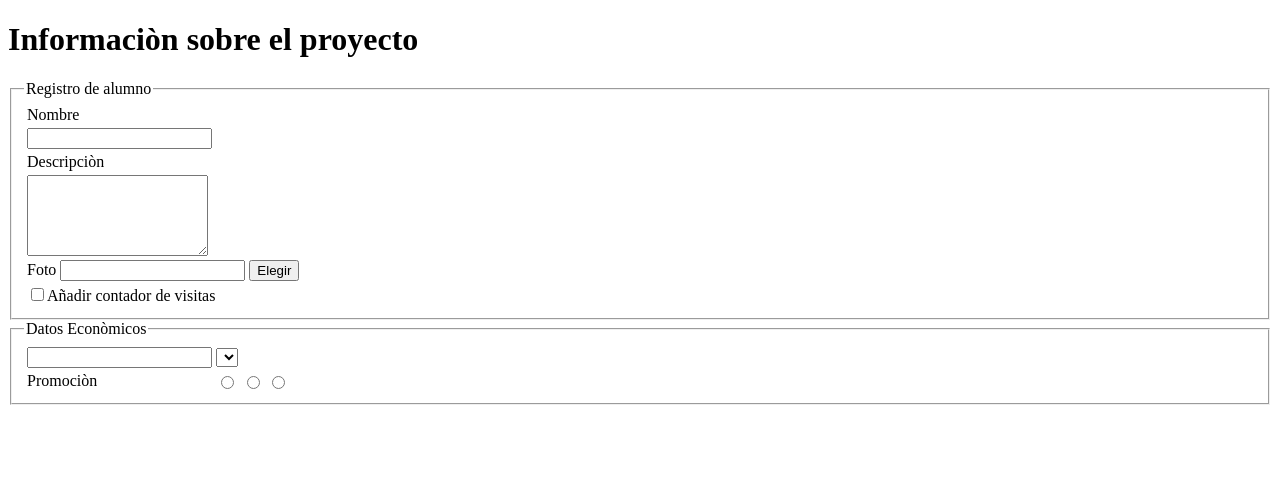
Repository: hoscanoa/Clases-LPII
Page: LPIISemana01/LPII-Semana01/WebContent/inicio.html
An editor plug-in stored every save of this project. The page is shown before and after the next save, followed by the edit.
The browser window is 1280 px wide. The pictures show the whole page.

Above is the page before, as saved 2014-09-18 22:13:05.

### LPIISemana01/LPII-Semana01/WebContent/inicio.html
<!DOCTYPE html PUBLIC "-//W3C//DTD HTML 4.01 Transitional//EN" "http://www.w3.org/TR/html4/loose.dtd">
<html>
<head>
<meta http-equiv="Content-Type" content="text/html; charset=ISO-8859-1">
<title>Insert title here</title>
</head>
<body>
	<h1>Informaciòn sobre el proyecto</h1>
	<form action="">
		<fieldset>
			<legend>Registro de alumno</legend>
			<table>
				<tr>
					<td>Nombre</td>
				</tr>
				<tr>
					<td colspan="2"><input type="text" name="nombre">
					</td>
				</tr>
				<tr>
					<td>Descripciòn</td>
				</tr>
				<tr>
					<td colspan="2"><textarea rows="5"></textarea></td>
				</tr>

				<tr>
					<td>Foto <input type="text" name="descripcion"> <input
						type="button" value="Elegir">
					</td>
				</tr>
				<tr>
					<td><input type="checkbox">Añadir contador de visitas
					</td>
				</tr>
			</table>
		</fieldset>
		<fieldset>
			<legend>Datos Econòmicos</legend>
			<table>
				<tr>
					<td><input type="text" name="precio">
					</td>
					<td><select name="impuestos">
					</td>
				</tr>
				<tr>
					<td>Promociòn</td>
					<td><input type="radio" value="Ninguno"></td>
					<td><input type="radio" value="Transporte Gratuito"></td>
					<td><input type="radio" value="Descuento 5%"></td>
				</tr>
			</table>
		</fieldset>
	</form>

</body>
</html>

After the next save:
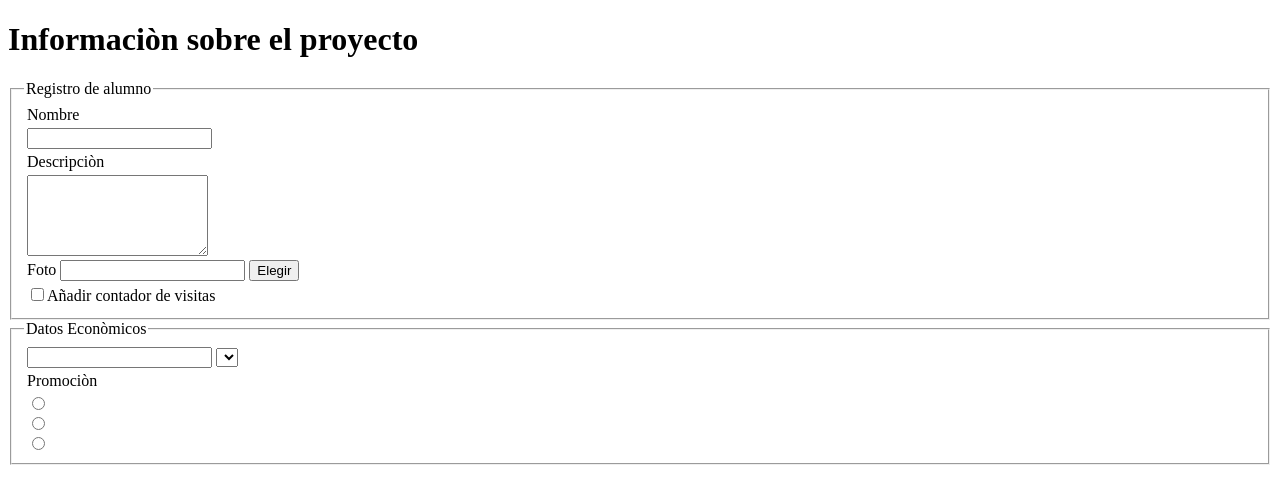
Saved 21 s later.
--- a/LPIISemana01/LPII-Semana01/WebContent/inicio.html
+++ b/LPIISemana01/LPII-Semana01/WebContent/inicio.html
@@ -14,20 +14,19 @@
 					<td>Nombre</td>
 				</tr>
 				<tr>
-					<td colspan="2"><input type="text" name="nombre">
-					</td>
+					<td colspan="2"><input type="text" name="nombre"></td>
 				</tr>
 				<tr>
 					<td>Descripciòn</td>
 				</tr>
 				<tr>
-					<td colspan="2"><textarea rows="5"></textarea></td>
+					<td colspan="2"><textarea rows="5"></textarea>
+					</td>
 				</tr>
 
 				<tr>
 					<td>Foto <input type="text" name="descripcion"> <input
-						type="button" value="Elegir">
-					</td>
+						type="button" value="Elegir"></td>
 				</tr>
 				<tr>
 					<td><input type="checkbox">Añadir contador de visitas
@@ -39,16 +38,24 @@
 			<legend>Datos Econòmicos</legend>
 			<table>
 				<tr>
-					<td><input type="text" name="precio">
-					</td>
+					<td><input type="text" name="precio"></td>
 					<td><select name="impuestos">
 					</td>
 				</tr>
 				<tr>
 					<td>Promociòn</td>
-					<td><input type="radio" value="Ninguno"></td>
-					<td><input type="radio" value="Transporte Gratuito"></td>
-					<td><input type="radio" value="Descuento 5%"></td>
+				</tr>
+				<tr>
+					<td><input type="radio" value="Ninguno">
+					</td>
+				</tr>
+				<tr>
+					<td><input type="radio" value="Transporte Gratuito">
+					</td>
+				</tr>
+				<tr>
+					<td><input type="radio" value="Descuento 5%">
+					</td>
 				</tr>
 			</table>
 		</fieldset>
